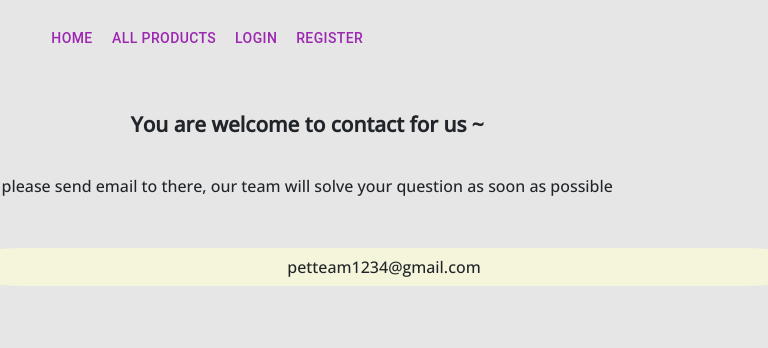
Repository: dzwfighting/pet
Page: /contact
These files come from the project's save history. The page is drawn as it stood at one moment and after the next save; the edit follows.
The browser window is 768 px wide. The pictures show the whole page.
The project was rebuilt for these pictures with package versions that can differ from the ones it lists, and the page was loaded fresh each time. Also part of the build but not shown: src/components/homeComponent.js, src/components/Layout.js, src/components/checkoutComponent.js, src/fake-data/products.js, src/styles/css/cart.css, src/components/ShopCartComponent.js, src/components/productsDetail.js, src/manipulate/checkValid.js and 10 more.

Above is the page before, as saved 2023-08-20 10:22:26.

After the next save:
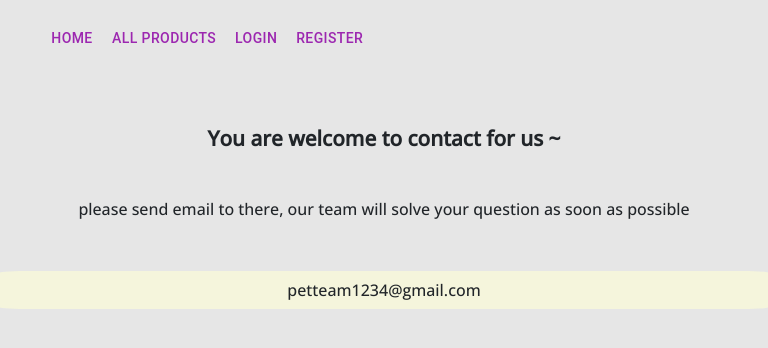
Saved 97 s later.
--- a/src/styles/css/contact.css
+++ b/src/styles/css/contact.css
@@ -42,11 +42,8 @@
     font-size: 1.3rem;
   }
 
-  .contactContainerSet {
-    width: 80vw;
-  }
   .contactContainerSet p {
-    width: 80vw;
+    /* width: 80vw; */
     font-size: 1rem;
   }
   .emailBlock {
